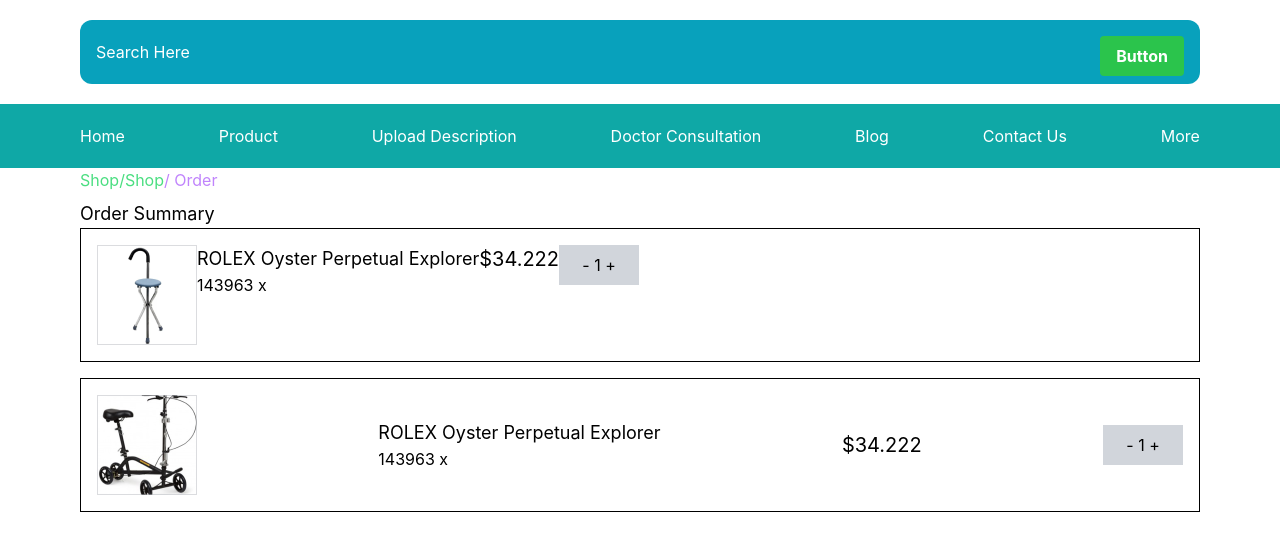
Repository: arafatmollah/pharma
Page: /
An editor plug-in stored every save of this project. The page is shown before and after a run of saves, followed by the edit.
The browser window is 1280 px wide. The pictures show the whole page.
The project was rebuilt for these pictures with package versions that can differ from the ones it lists, and the page was loaded fresh each time.

Above is the page before, as saved 2023-03-12 01:48:19.

### src/App.js

import './App.css';
import Nav from './Nav';
import Order from './Order';

function App() {
  return (
    <div className="App">
      <Nav></Nav>
      <Order></Order>
    </div>
  );
}

export default App;

### src/App.css
.box-border{
    background-color: #08A1BC;
}
.btn {
    @apply font-bold py-2 px-4 rounded;
    background-color: #2BC44C;
    color: white;
  }
  .btn-blue {
    @apply bg-blue-500 text-white;
  }
  .btn-blue:hover {
    @apply bg-blue-700;
  }
.nav{
    background-color: #0FA8A6;
}
.order{
    border: 1px solid black;
    border-width: 50%;
}

### src/Nav.js
import React from 'react'
import './App.css';

function Nav() {
  return (
    <div>
        <div className='box-border h-16 w-100 p-4 mx-20 my-5 rounded-xl'>
          <div className='flex justify-between align-middle'>
                <p className='text-white mt-1'>Search Here</p>
                <button class="btn mb-1"> Button</button>
          </div>
        </div>
        <div className='box-border h-16 w-100 nav'>
            <div className='flex mx-20 items-center justify-between text-white'>
            <div className='mt-5'>Home</div>
            <div className='mt-5'> Product</div>
            <div className='mt-5'>Upload Description</div>
            <div className='mt-5'>Doctor Consultation</div>
            <div className='mt-5'>Blog</div>
            <div className='mt-5'>Contact Us</div>
            <div className='mt-5'>More</div>
            </div>
        </div>
    </div>
  )
}

export default Nav

### src/Order.js
import React from 'react'
import img from './images/img.png'
import im from './images/im.png'

function order() {
  return (
    <div>
        <div className='flex mx-20'>
            <p className='text-green-400'>Shop</p>
            <p className='text-green-400'>/Shop</p>
            <p className='text-purple-400'>/ Order</p>
        </div>
        <div className='mt-2 mx-20'>
          <h3 className='text-lg'>Order Summary</h3>
        </div>
        <div className='mx-20'>
          <div className='flex border-box p-4 order'>
            <div>
              <img src={img}></img>
            </div>
            <div>
              <h1 className='text-lg'>ROLEX Oyster Perpetual Explorer</h1>
              <p>143963 x</p>
            </div>
            <div>
              <h3 className='text-xl'>$34.222</h3>
            </div>
            <div className='bg-gray-300 h-10 w-20 flex justify-center items-center'>
                - 1 +
              </div>
          </div>
          <div className='flex border-box p-4 order mt-4 justify-between justify-center items-center'>
            <div>
              <img src={im}></img>
            </div>
            <div>
              <h1 className='text-lg'>ROLEX Oyster Perpetual Explorer</h1>
              <p>143963 x</p>
            </div>
            <div>
              <h3 className='text-xl'>$34.222</h3>
            </div>
            <div>
              <div className='bg-gray-300 h-10 w-20 flex justify-center items-center'>
                - 1 +
              </div>
            </div>
          </div>
        </div>
    </div>
  )
}

export default order

Loaded but not shown: public/index.html (common file); src/index.js (common file); src/index.css (common file); src/reportWebVitals.js (common file); tailwind.config.js (common file)

After the next 5 saves:
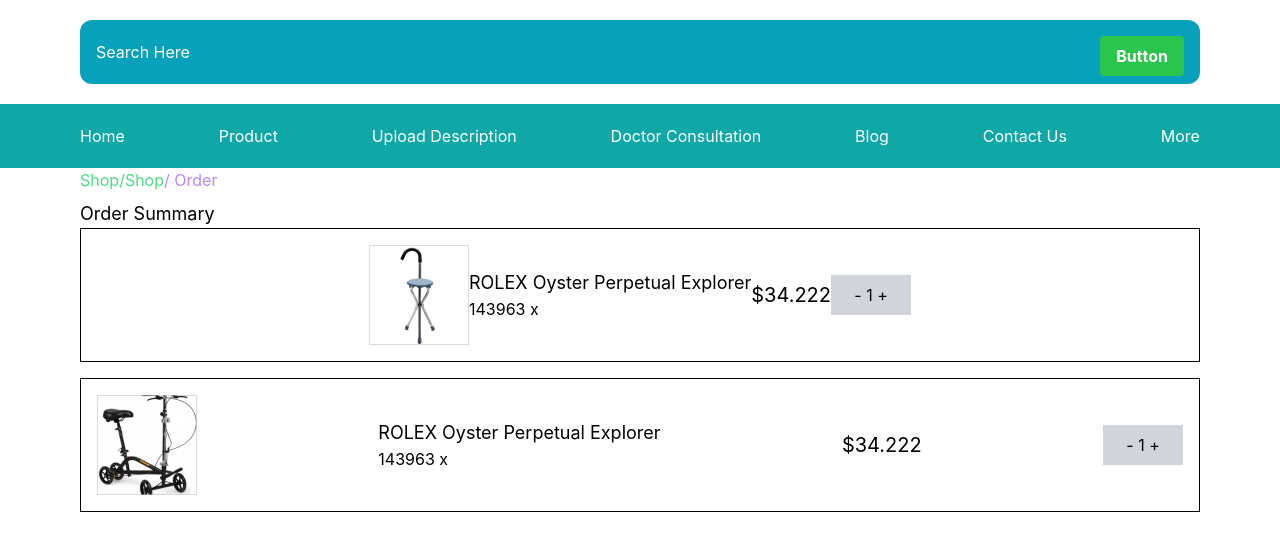
The 5 saves are shown as one change because they came seconds apart.
The last was saved 22 s later.
--- a/src/Order.js
+++ b/src/Order.js
@@ -14,7 +14,7 @@ function order() {
           <h3 className='text-lg'>Order Summary</h3>
         </div>
         <div className='mx-20'>
-          <div className='flex border-box p-4 order'>
+          <div className='flex border-box p-4 order justify-center items-center'>
             <div>
               <img src={img}></img>
             </div>

After the 3 saves that followed:
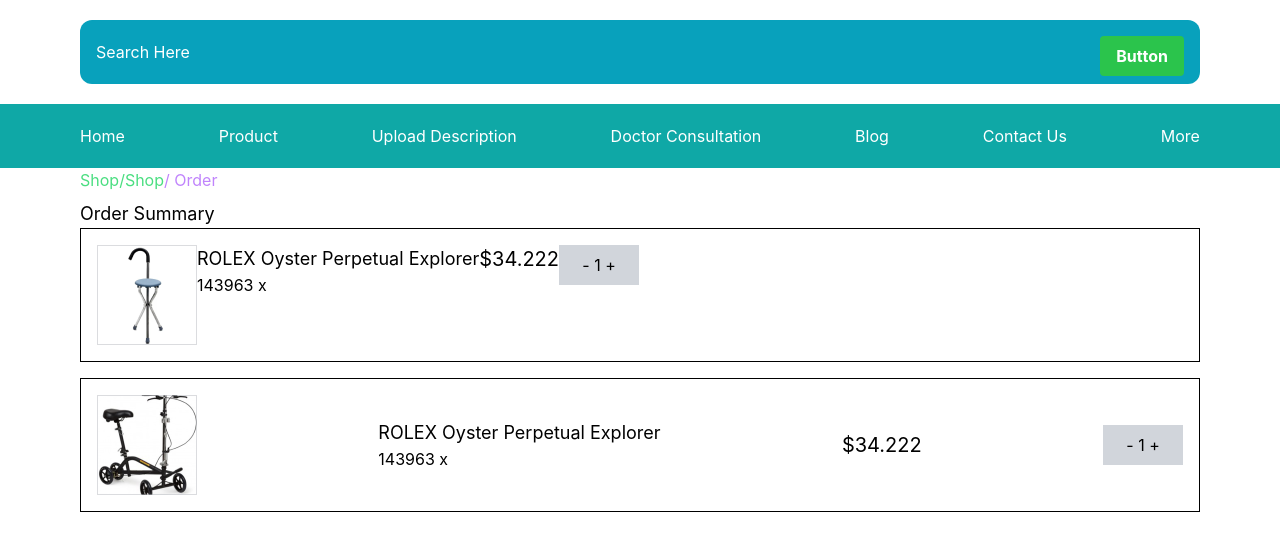
The 3 saves are shown as one change because 1 left the picture as it was and some came seconds apart.
The last was saved 41 s later.
--- a/src/Order.js
+++ b/src/Order.js
@@ -14,7 +14,7 @@ function order() {
           <h3 className='text-lg'>Order Summary</h3>
         </div>
         <div className='mx-20'>
-          <div className='flex border-box p-4 order justify-center items-center'>
+          <div className='flex border-box p-4 order'>
             <div>
               <img src={img}></img>
             </div>
